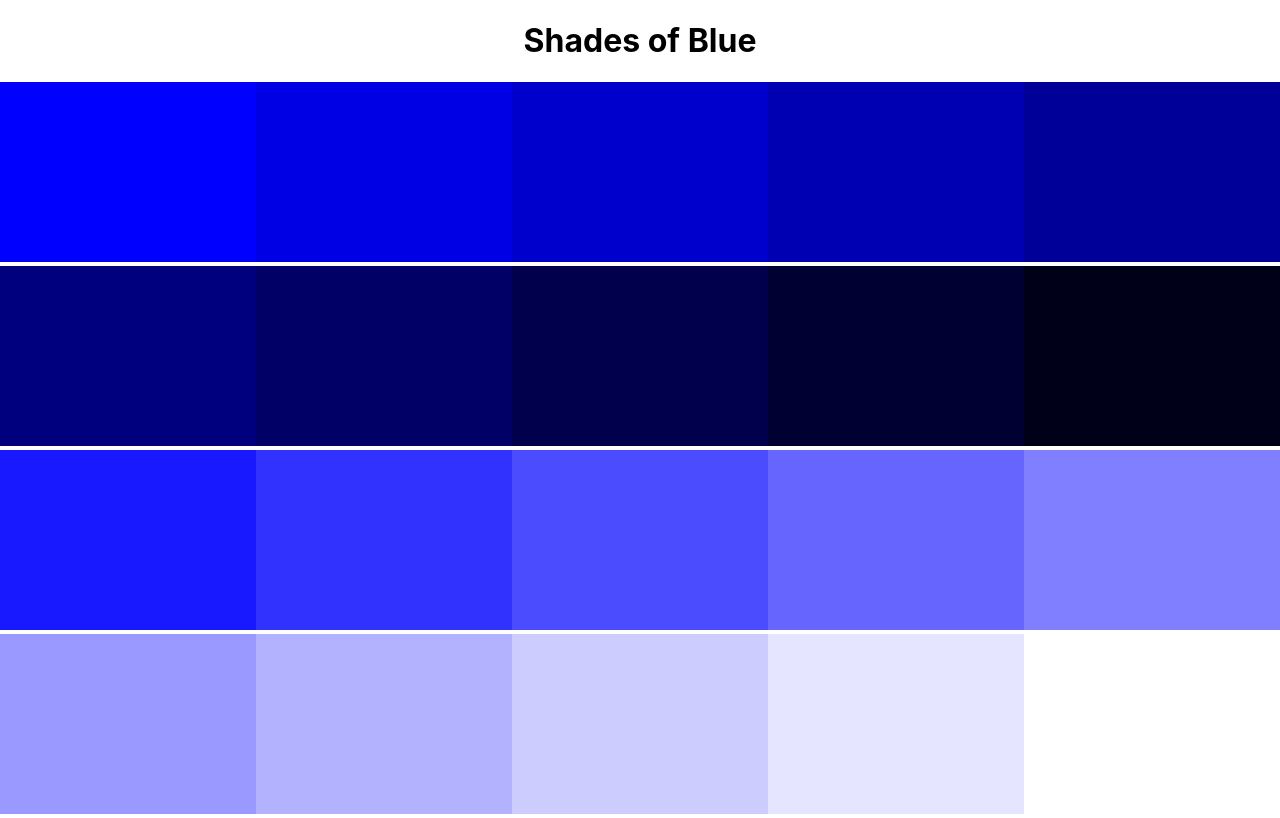
Repository: johnmutina/shades_of_blue
Page: /
An editor plug-in stored every save of this project. The page is shown before and after the next save, followed by the edit.
The browser window is 1280 px wide. The pictures show the whole page.
The project was rebuilt for these pictures with package versions that can differ from the ones it lists, and the page was loaded fresh each time.

Above is the page before, as saved 2019-06-22 15:13:28.

After the next save:
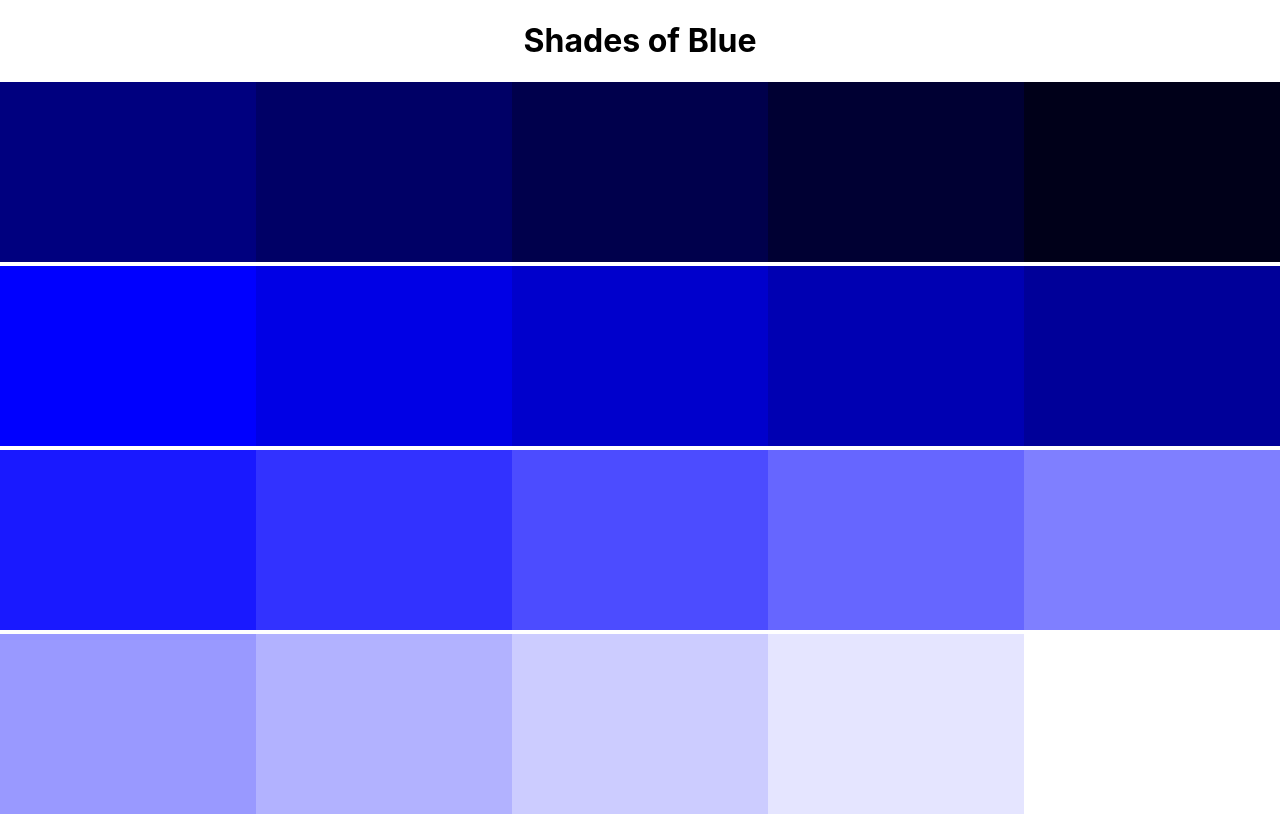
Saved 19 s later.
--- a/src/ColorBoxes.js
+++ b/src/ColorBoxes.js
@@ -15,7 +15,7 @@ class ColorBoxes extends Component {
     }
 
     render(){
-        let colorArr = ["#0000ff", "#0000e5", "#0000cc", "#0000b2", "#000099", "#00007f", "#000066", "#00004c", "#000033", "#000019", "#1919ff", "#3232ff", "#4c4cff", "#6666ff", "#7f7fff", "#9999ff", "#b2b2ff", "#ccccff", "#e5e5ff", "#ffffff"];
+        let colorArr = ["#00007f", "#000066", "#00004c", "#000033", "#000019", "#0000ff", "#0000e5", "#0000cc", "#0000b2", "#000099", "#1919ff", "#3232ff", "#4c4cff", "#6666ff", "#7f7fff", "#9999ff", "#b2b2ff", "#ccccff", "#e5e5ff", "#ffffff"];
         return (
             <div>
                 <h1>Shades of Blue</h1>
